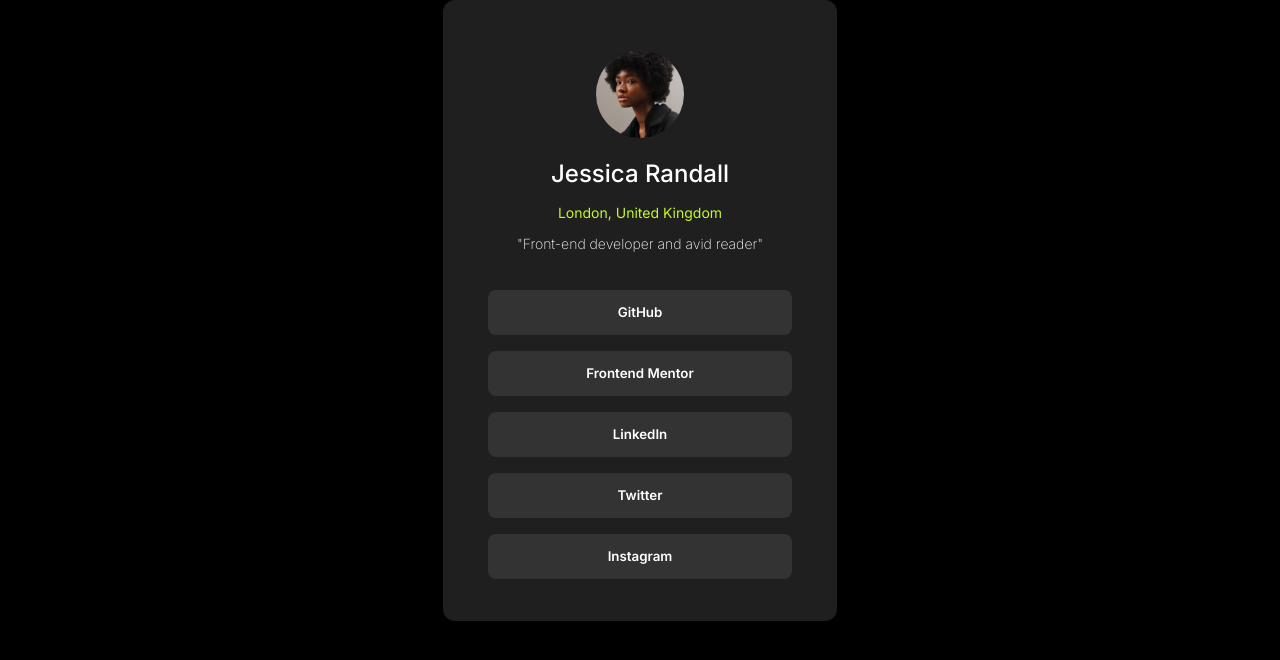
Repository: brandontaylor1/social-links-profile
Page: index.html
These files come from the project's save history. The page is drawn as it stood at one moment and after the next save; the edit follows.
The browser window is 1280 px wide. The pictures show the whole page.

Above is the page before, as saved 2024-12-25 17:55:44.

After the next save:
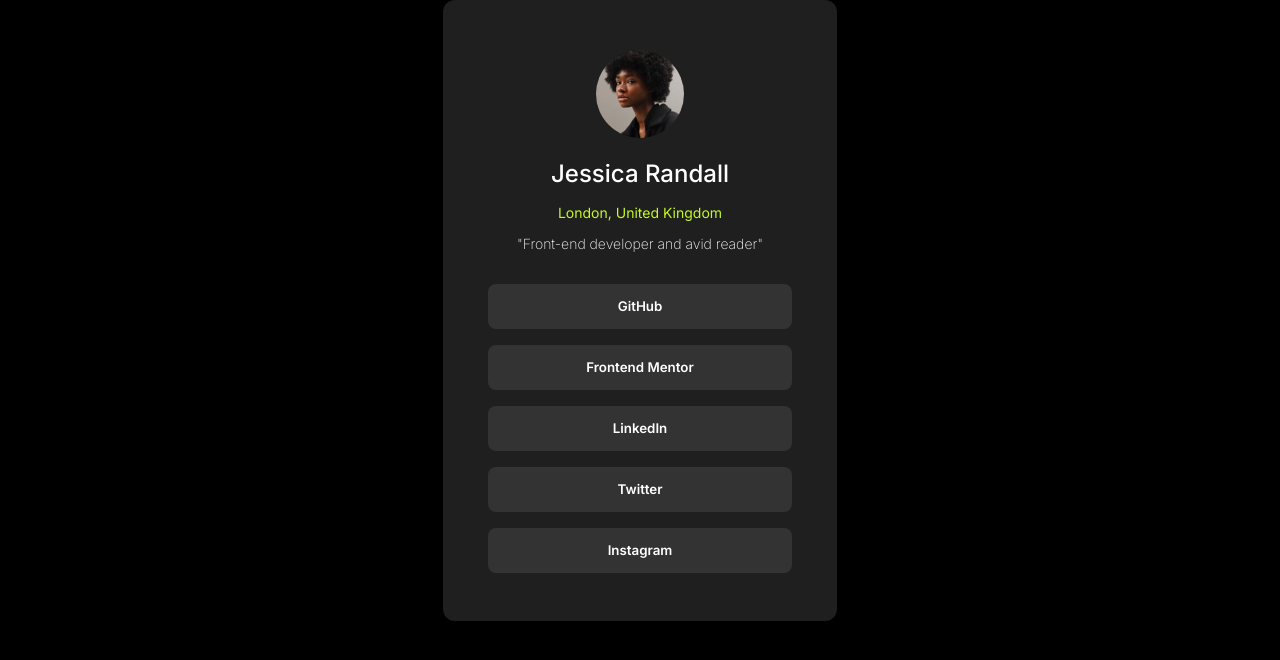
Saved 41 s later.
--- a/styles.css
+++ b/styles.css
@@ -37,7 +37,7 @@ body {
 }
 
 .profile-content {
-    padding: 16px;
+    padding: 10px;
 }
 
 .profile-pic {
